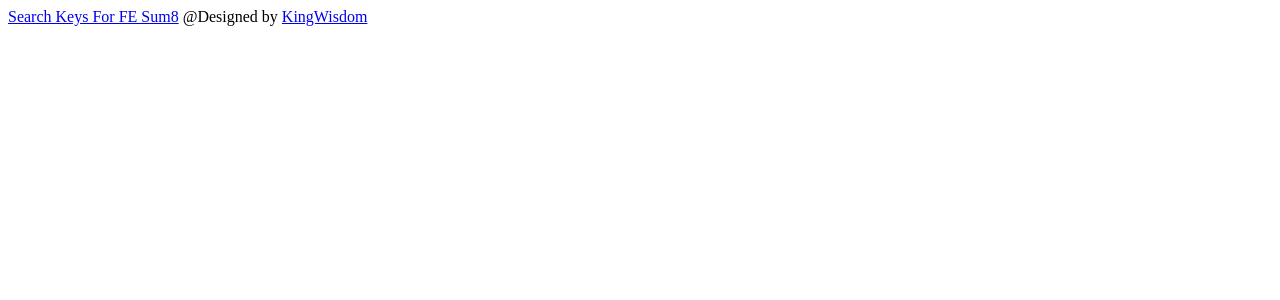
Repository: KingWisdomDEV/kingwisdomdev.github.io
Page: index.html
An editor plug-in stored every save of this project. The page is shown before and after the next save, followed by the edit.
The browser window is 1280 px wide. The pictures show the whole page.

Above is the page before, as saved 2022-03-27 11:50:20.

After the next save:
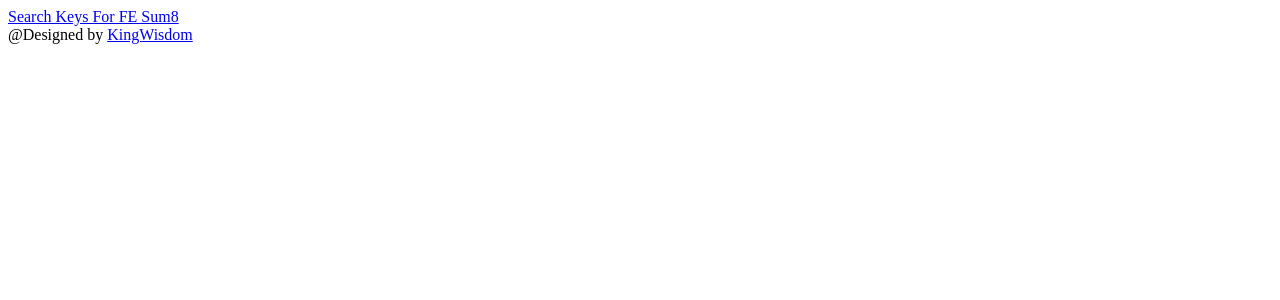
Saved 11 s later.
--- a/index.html
+++ b/index.html
@@ -7,7 +7,7 @@
     <title>Nothing is impossible | KingWisdom</title>
 </head>
 <body>
-    <a href="https://kingwisdomdev.github.io/search-keys/">Search Keys For FE Sum8</a>
+    <a href="https://kingwisdomdev.github.io/search-keys/">Search Keys For FE Sum8</a><br>
     @Designed by <a href="https://github.com/KingWisdomDEV">KingWisdom</a>
 </body>
 </html>
